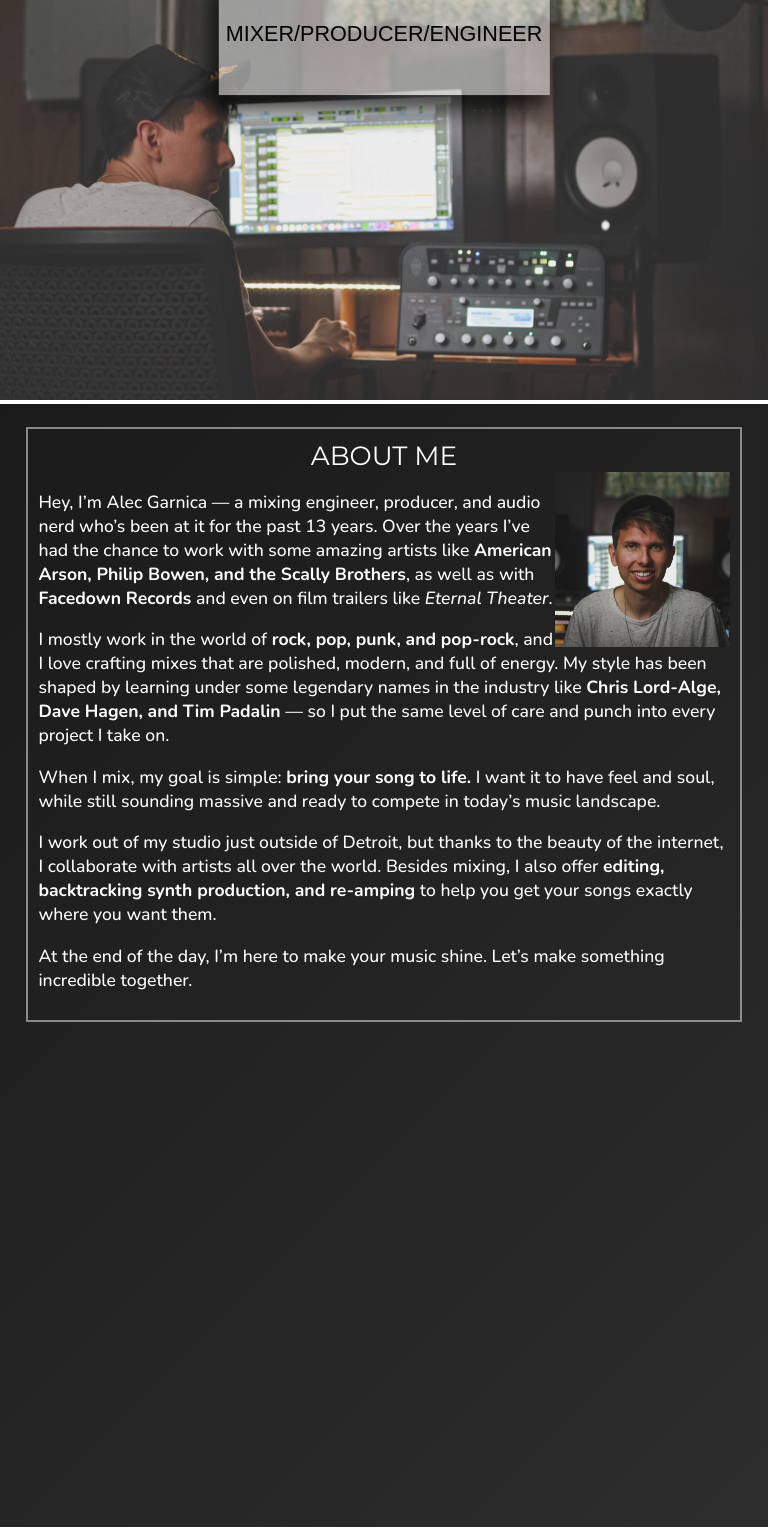
Repository: Aworminator/mixing-portfolio
Page: index.html
The author's editor kept a copy of each file at every save. The page is drawn from the files as they stood at one save, then again after the next save.
The browser window is 768 px wide. The pictures show the part of the page from y = 0 to 1540 px (the page is 8417 px tall before and 8813 px after).
Some web fonts or font styles are not loaded; a fallback is used.

Above is the page before, as saved 2025-09-02 15:13:50.
Console error: ReferenceError: emailjs is not defined

### index.html
<!DOCTYPE html>
<html lang="en">
  <head>
    <meta charset="UTF-8" />
    <meta name="viewport" content="width=device-width, initial-scale=1.0" />
    <title>Mixing Portfolio</title>
    <link rel="preconnect" href="https://fonts.googleapis.com" />
    <link rel="preconnect" href="https://fonts.gstatic.com" crossorigin />
    <link
      href="https://fonts.googleapis.com/css2?family=Gothic+A1:wght@100;200;300;400;500;600;700;800;900&family=Rock+Salt&family=Nunito:ital,wght@0,200..1000;1,200..1000&family=Montserrat:ital,wght@0,100..900;1,100..900&family=Caveat:wght@400..700&display=swap"
      rel="stylesheet"
    />
    <link
      href="https://fonts.googleapis.com/css2?family=Roboto:ital,wght@0,100..900;1,100..900&display=swap"
      rel="stylesheet"
    />
    <link rel="stylesheet" href="styles.css" />
    <link
      rel="stylesheet"
      href="https://cdnjs.cloudflare.com/ajax/libs/font-awesome/6.0.0/css/all.min.css"
      integrity="sha512-9usAa10IRO0HhonpyAIVpjrylPvoDwiPUiKdWk5t3PyolY1cOd4DSE0Ga+ri4AuTroPR5aQvXU9xC6qOPnzFeg=="
      crossorigin="anonymous"
      referrerpolicy="no-referrer"
    />
  </head>
  <body>
    <section class="home-page">
      <div class="container">
        <img
          src="./images/backShot.JPG"
          class="main-pic"
          alt="alecgarnica.com photo"
        />
        <div class="overlay">
          <h1 class="gothic-a1-regular">ALEC GARNICA</h1>
          <h2 class="gothic-a1-regular">MIXER/PRODUCER/ENGINEER</h2>
          <button class="work-button">MY WORK</button>
        </div>
      </div>
    </section>
    <section class="about-me">
      <div class="about-info">
        <h1>ABOUT ME</h1>
        <img src="./images/font-shot.JPG" class="front-shot" alt="" />
        <p>
          Hey, I’m Alec Garnica — a mixing engineer, producer, and audio nerd
          who’s been at it for the past 13 years. Over the years I’ve had the
          chance to work with some amazing artists like
          <strong>American Arson, Philip Bowen, and the Scally Brothers</strong
          >, as well as with <strong>Facedown Records</strong> and even on film
          trailers like <em>Eternal Theater</em>.
        </p>

        <p>
          I mostly work in the world of
          <strong>rock, pop, punk, and pop-rock</strong>, and I love crafting
          mixes that are polished, modern, and full of energy. My style has been
          shaped by learning under some legendary names in the industry like
          <strong>Chris Lord-Alge, Dave Hagen, and Tim Padalin</strong> — so I
          put the same level of care and punch into every project I take on.
        </p>

        <p>
          When I mix, my goal is simple:
          <strong>bring your song to life.</strong> I want it to have feel and
          soul, while still sounding massive and ready to compete in today’s
          music landscape.
        </p>

        <p>
          I work out of my studio just outside of Detroit, but thanks to the
          beauty of the internet, I collaborate with artists all over the world.
          Besides mixing, I also offer
          <strong>editing, backtracking synth production, and re-amping</strong>
          to help you get your songs exactly where you want them.
        </p>

        <p>
          At the end of the day, I’m here to make your music shine. Let’s make
          something incredible together.
        </p>
      </div>
    </section>
    <section class="audio-examples" id="work">
      <div class="audio-header">
        <h1 class="my-work">My Work</h1>
        <h2 class="Selected">(Selected Discography)</h2>
      </div>
      <div class="videos">
        <iframe
          max-width="700"
          max-height="400"
          src="https://www.youtube.com/embed/eqg1Gq4seWM?si=DX9P9PFpzfFowoa7"
          title="YouTube video player"
          frameborder="0"
          allow="accelerometer; autoplay; clipboard-write; encrypted-media; gyroscope; picture-in-picture; web-share"
          referre700licy="strict-origin-when-cross-origin"
          allowfullscreen
          class="video"
        ></iframe>
        <iframe
          max-width="700"
          max-height="400"
          src="https://www.youtube.com/embed/Iz-hEh3Y0hM?si=Wv5LKFF-jRccTdgM&amp;start=48"
          title="YouTube video player"
          frameborder="0"
          allow="accelerometer; autoplay; clipboard-write; encrypted-media; gyroscope; picture-in-picture; web-share"
          referrerpolicy="strict-origin-when-cross-origin"
          allowfullscreen
          class="video"
        ></iframe>
        <iframe
          max-width="700"
          max-height="400"
          src="https://www.youtube.com/embed/VA2vZEjnYfY?si=OQ5lfUXrBXHWdOYN"
          title="YouTube video player"
          frameborder="0"
          allow="accelerometer; autoplay; clipboard-write; encrypted-media; gyroscope; picture-in-picture; web-share"
          referrerpolicy="strict-origin-when-cross-origin"
          allowfullscreen
          class="video"
        ></iframe>
        <iframe
          max-width="700"
          max-height="400"
          src="https://www.youtube.com/embed/L9egLN9AOas?si=VhJ0fQgymm5FhAU1"
          title="YouTube video player"
          frameborder="0"
          allow="accelerometer; autoplay; clipboard-write; encrypted-media; gyroscope; picture-in-picture; web-share"
          referrerpolicy="strict-origin-when-cross-origin"
          allowfullscreen
          class="video"
        ></iframe>
      </div>

      <div class="audio">
        <div id="input"></div>
      </div>
      <a
        href="https://open.spotify.com/playlist/7I4emXAeLMEQLFu5VL2Gmp?si=4582652f148643d4"
        target="_blank"
        rel="noopener noreferrer"
        class="Discography"
      >
        Full Discography
        <img src="./images/spotify-icon.png" class="spotify" alt="Spotify" />
      </a>
    </section>

    <section class="contact">
      <div class="contact-form-container">
        <h1>Contact Me</h1>
        <form class="contact-form" id="contact-form" autocomplete="off">
          <div class="form-group">
            <label for="name">Name*</label>
            <input type="text" id="name" name="name" required />
          </div>
          <div class="form-group">
            <label for="email">Email*</label>
            <input type="email" id="email" name="email" required />
          </div>
          <div class="form-group">
            <label for="message">Message*</label>
            <textarea id="message" name="message" rows="5" required></textarea>
          </div>
          <button type="submit">Send</button>
        </form>
      </div>
    </section>

    <script src="script.js"></script>
    <script src="https://cdn.jsdelivr.net/npm/bootstrap@5.3.0-alpha1/dist/js/bootstrap.bundle.min.js"></script>
    <script
      type="text/javascript"
      src="https://cdn.jsdelivr.net/npm/@emailjs/browser@4/dist/email.min.js"
    ></script>
    <script type="text/javascript">
      (function () {
        emailjs.init({
          publicKey: "Av33DaVyg5wDM5N9s",
        });
      })();

      function sendEmail(event) {
        event.preventDefault();

        const serviceID = "service_x2fv1ji";
        const templateID = "template_xrm7y6m";

        emailjs
          .sendForm(
            serviceID,
            templateID,
            document.getElementById("contact-form")
          )
          .then(
            () => {
              alert("Message sent successfully!");
              document.getElementById("contact-form").reset();
            },
            (error) => {
              alert("Failed to send message. Please try again later.");
              console.error("EmailJS Error:", error);
            }
          );
      }

      document
        .getElementById("contact-form")
        .addEventListener("submit", sendEmail);
    </script>
  </body>
</html>

### styles.css
body,
html {
  margin: 0;
  padding: 0;
}

.rock-salt-regular {
  font-family: "Rock Salt", cursive;
  font-weight: 400;
  font-style: normal;
}

.gothic-a1-regular {
  font-family: "Gothic A1", sans-serif;
  font-weight: 500;
  font-style: normal;
}

p {
  font-family: "Nunito", sans-serif;
  font-optical-sizing: auto;
  font-weight: 500;
  font-style: normal;
}

h1,
h2,
h3 {
  font-family: "Montserrat", sans-serif;
  font-optical-sizing: auto;
  font-weight: 400;
  font-style: normal;
}

h3 {
  opacity: 80%;
}

.container {
  position: relative;
  display: inline-block;
  width: 100%;
}

.main-pic {
  /* position: absolute; */
  max-height: 900px;
  width: 100%;
  margin: 0 auto;
  object-fit: cover;
  height: 900px;
  z-index: -1;
  opacity: 90%;
}

.overlay {
  position: absolute;
  left: 50%;
  bottom: 20%;
  transform: translate(-50%, -50%); /* Perfect center */
  z-index: 1;
  font-size: 3.5em;
  text-align: center;
  background-color: rgba(255, 255, 255, 0.467);
  box-shadow: -8px 14px 20px 4px rgb(0 0 0 / 69%);
}

.home-page {
  max-height: 900px;
}

.about-me {
  position: relative;
  max-height: 900px;
  background: linear-gradient(135deg, #1a1a1a 0%, #2d2d2d 100%);
  margin: 0 auto;
  padding-top: 3%;
}

.about-info {
  color: white;
  font-size: 1.5em;
  width: 1000px;
  margin: 0 auto;
  padding-bottom: 50px;
}

.videos {
  margin: 0 auto;
  font-size: 2em;
  display: flex;
  flex-direction: row;
  flex-wrap: wrap;
  gap: 40px;
  justify-content: center;
}

.my-work {
  font-size: 3em;
  text-align: center;
}

.Selected {
  text-align: center;
  opacity: 70%;
  position: relative;
  bottom: 15px;
}

.front-shot {
  float: right;
  height: 400px;
  width: 400px;
  object-fit: cover;
  aspect-ratio: 1 / 1;
}

.work-button {
  position: relative;
  display: flex;
  justify-content: center;
  align-items: center;
  text-align: center;
  font-size: 1em;
  background-color: rgb(255, 255, 255);
  width: 300px;
  height: 80px;
  border-radius: 7px;
  margin: 0 auto;
  box-shadow: 8px 9px 10px rgb(0 0 0 / 65%);
  font-family: "Roboto", sans-serif;
  font-optical-sizing: auto;
  font-weight: 400;
  font-style: normal;
  font-variation-settings: "wdth" 100;
  border: none;
  cursor: pointer;
  color: inherit;
}

.work-button:hover {
  transform: scale(1.1);
}

.work-button:active {
  transform: scale(0.9);
}

.card {
  height: 500px;
  width: 300px;
  border: 2px solid black;
  background-color: rgb(255, 255, 255);
  background: url("https://www.patternpictures.com/wp-content/uploads/Crumpled-white-paper-texture-background.jpg");
  background-color: rgba(255, 255, 255, 0.775);
  background-blend-mode: lighten;
  box-shadow: 5px 10px 20px 0 rgba(0, 0, 0, 0.535);
  border-radius: 10px;
  margin: 90px;
  display: flex;
  flex-direction: column;
  justify-content: flex-start;
  align-items: center;
  flex-wrap: wrap;
  z-index: 1;
}

h1 {
  text-align: center;
  margin: 0 auto;
}

h4 {
  font-family: "Caveat";
  font-optical-sizing: auto;
  font-weight: 400;
  font-style: normal;
  text-shadow: 2px 5px 6px rgba(0, 0, 0, 0.18);
}

#input {
  display: flex;
  justify-content: center;
  flex-direction: column;
  flex-wrap: wrap;
}

.audio {
  display: flex;
  flex-direction: column;
  justify-content: flex-start;
  margin-top: 50px;
}

.album-artwork {
  height: 300px;
  width: 300px;
  border-radius: 10px 10px 0 0;
  position: relative;
}

.card-info {
  display: flex;
  flex-direction: row;
  justify-content: space-around;
  width: 200px;
  margin-top: 10px;
  margin-bottom: 0;
  position: relative;
}

.band-info {
  border-radius: 10px;
  padding: 5px 10px;
  height: 100px;
  width: 200px;
  display: flex;
  flex-direction: column;
  align-items: flex-start;
  font-size: 0.9em;
  text-align: left;
}

.album-title {
  position: relative;
  bottom: 15px;
}

.link {
  text-decoration: none;
  color: black;
}

.link:hover {
  text-decoration: underline;
  transform: scale(1.05);
}

@keyframes move-words {
  0% {
    left: 100%;
  }
  100% {
    left: -100%;
  }
}

.fa-pause,
.fa-play {
  font-size: 2em;
  position: relative;
  right: 12px;
}

.fa-play:active {
  font-size: 2em;
  position: relative;
  transform: scale(0.8);
}

.player {
  display: flex;
  flex-direction: row;
  align-items: center;
  justify-content: center;
  padding: 10px 0 0 0;
  margin-bottom: 25px;
}

.progress-bar {
  background-color: white;
  border-radius: 40px;
  color: black;
  width: 150px;
  height: 12px;
  border: 1px solid rgb(221, 144, 99);
}

.progress {
  background-color: rgb(244, 164, 117);
  border-radius: 40px;
  height: 100%;
  width: 0%;
}

/* Contact Section Styles */
.contact {
  background: linear-gradient(135deg, #1a1a1a 0%, #2d2d2d 100%);
  padding: 80px 20px;
  min-height: 600px;
  display: flex;
  align-items: center;
  justify-content: center;
}

.contact-form-container {
  background: rgba(255, 255, 255, 0.95);
  border-radius: 15px;
  padding: 50px 40px;
  box-shadow: 0 20px 40px rgba(0, 0, 0, 0.3);
  max-width: 600px;
  width: 100%;
  backdrop-filter: blur(10px);
  border: 1px solid rgba(255, 255, 255, 0.2);
}

.contact-form-container h1 {
  color: #2d2d2d;
  font-size: 2.5em;
  text-align: center;
  margin-bottom: 40px;
  font-weight: 700;
  letter-spacing: 1px;
}

.contact-form {
  display: flex;
  flex-direction: column;
  gap: 25px;
}

.form-group {
  display: flex;
  flex-direction: column;
  gap: 8px;
}

.form-group label {
  font-family: "Montserrat", sans-serif;
  font-weight: 600;
  color: #333;
  font-size: 1.1em;
  letter-spacing: 0.5px;
}

.form-group input,
.form-group textarea {
  padding: 15px 20px;
  border: 2px solid #e0e0e0;
  border-radius: 10px;
  font-family: "Nunito", sans-serif;
  font-size: 1em;
  background: #fafafa;
  transition: all 0.3s ease;
  outline: none;
}

.form-group input:focus,
.form-group textarea:focus {
  border-color: #4a90e2;
  background: white;
  box-shadow: 0 0 0 3px rgba(74, 144, 226, 0.1);
  transform: translateY(-2px);
}

.form-group textarea {
  resize: vertical;
  min-height: 120px;
  font-family: "Nunito", sans-serif;
}

.contact-form button {
  background: linear-gradient(135deg, #4a90e2 0%, #357abd 100%);
  color: white;
  border: none;
  padding: 18px 30px;
  border-radius: 10px;
  font-family: "Montserrat", sans-serif;
  font-size: 1.2em;
  font-weight: 600;
  cursor: pointer;
  transition: all 0.3s ease;
  margin-top: 15px;
  letter-spacing: 1px;
  text-transform: uppercase;
}

.contact-form button:hover {
  transform: translateY(-3px);
  box-shadow: 0 10px 25px rgba(74, 144, 226, 0.4);
  background: linear-gradient(135deg, #357abd 0%, #2968a3 100%);
}

.contact-form button:active {
  transform: translateY(-1px);
  box-shadow: 0 5px 15px rgba(74, 144, 226, 0.3);
}

/* Discography Button Styles (matching send button) */
.Discography {
  background-color: black;
  color: white;
  border: none;
  padding: 18px 30px;
  border-radius: 10px;
  font-family: "Montserrat", sans-serif;
  font-size: 1.2em;
  font-weight: 600;
  cursor: pointer;
  transition: all 0.3s ease;
  margin: 30px auto;
  letter-spacing: 1px;
  text-transform: uppercase;
  display: flex;
  align-items: center;
  justify-content: center;
  gap: 10px;
  text-decoration: none;
  width: fit-content;
}

.Discography:hover {
  transform: translateY(-3px);
  box-shadow: 0 10px 25px rgba(74, 144, 226, 0.4);
  background: linear-gradient(135deg, #357abd 0%, #2968a3 100%);
  color: white;
}

.Discography:active {
  transform: translateY(-1px);
  box-shadow: 0 5px 15px rgba(74, 144, 226, 0.3);
}

.spotify {
  height: 50px;
  width: 50px;
  margin-left: 15px;
}

/* Responsive Design for Contact Form */
@media screen and (max-width: 768px) {
  .main-pic {
    width: 100%;
    margin: 0 auto;
    object-fit: cover;
    height: 400px;
    z-index: -1;
    opacity: 90%;
  }

  .overlay {
    bottom: 250px;
    font-size: 0.9em;
    padding: 0 7px;
    margin: 0 auto;
  }

  .work-button {
    position: relative;
    bottom: 200px;
    display: flex;
    justify-content: center;
    align-items: center;
    text-align: center;
    font-size: 1em;
    background-color: rgb(255, 255, 255);
    width: 100px;
    height: 30px;
  }

  .about-me {
    min-height: 1100px;
    background: linear-gradient(135deg, #1a1a1a 0%, #2d2d2d 100%);
    margin: 0 auto;
    padding-top: 3%;
  }

  .about-info {
    color: white;
    border: 2px solid rgba(255, 255, 255, 0.473);
    font-size: 1.1em;
    width: 90%;
    margin: 0 auto;
    padding: 10px;
  }

  .front-shot {
    height: 175px;
    width: 175px;
  }

  .audio-header {
    font-size: 0.8em;
    margin-top: 20px;
  }

  .card {
    height: 500px;
    width: 300px;
  }

  .contact {
    padding: 60px 15px;
  }

  .contact-form-container {
    padding: 40px 25px;
    margin: 0 10px;
  }

  .contact-form-container h1 {
    font-size: 2em;
    margin-bottom: 30px;
  }

  .form-group input,
  .form-group textarea {
    padding: 12px 15px;
  }

  .contact-form button {
    padding: 15px 25px;
    font-size: 1.1em;
  }
}

@media screen and (min-width: 768px) {
  #input {
    display: flex;
    flex-direction: row;
    justify-content: space-around;
  }

  .videos {
    display: flex;
    flex-direction: row;
    justify-content: center;
    flex-wrap: wrap;
  }

  .video {
    height: 400px;
    width: 700px;
  }
}

Loaded but not shown: script.js (157 lines, source omitted)

After the next save:
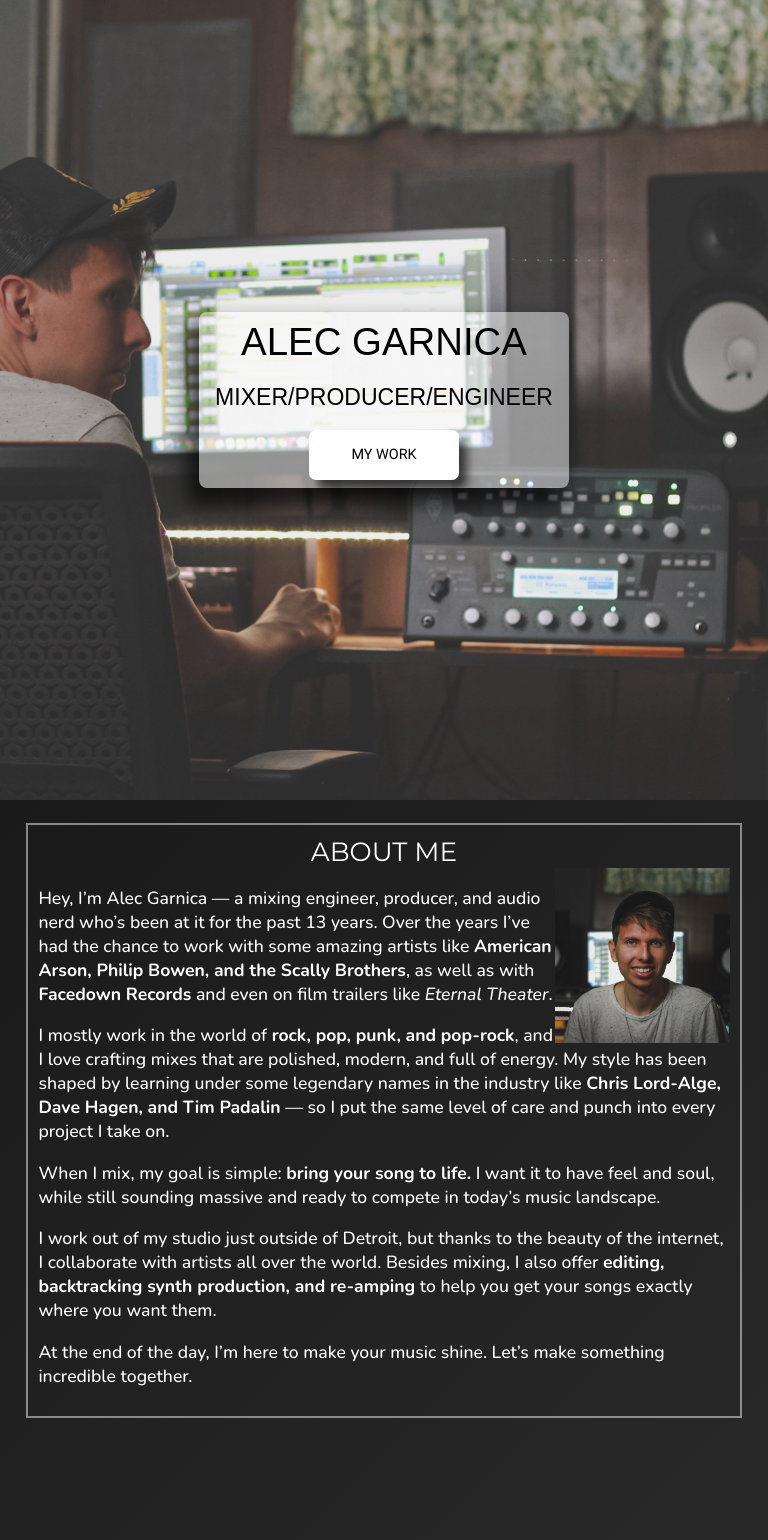
Saved 2 min 52 s later.
--- a/styles.css
+++ b/styles.css
@@ -38,31 +38,40 @@ h3 {
 
 .container {
   position: relative;
-  display: inline-block;
   width: 100%;
+  height: 100vh; /* full screen hero section */
+  display: flex;
+  align-items: center;  /* vertical centering */
+  justify-content: center; /* horizontal centering */
+  overflow: hidden;
 }
 
 .main-pic {
-  /* position: absolute; */
-  max-height: 900px;
   width: 100%;
-  margin: 0 auto;
+  height: 100%;
   object-fit: cover;
-  height: 900px;
+  position: absolute;
+  top: 0;
+  left: 0;
   z-index: -1;
-  opacity: 90%;
+  opacity: 0.9;
 }
 
 .overlay {
-  position: absolute;
-  left: 50%;
-  bottom: 20%;
-  transform: translate(-50%, -50%); /* Perfect center */
   z-index: 1;
-  font-size: 3.5em;
   text-align: center;
   background-color: rgba(255, 255, 255, 0.467);
   box-shadow: -8px 14px 20px 4px rgb(0 0 0 / 69%);
+  padding: 1rem 2rem;
+  border-radius: 8px;
+}
+
+.overlay h1 {
+  font-size: clamp(2rem, 5vw, 4rem); /* responsive text */
+}
+
+.overlay h2 {
+  font-size: clamp(1rem, 3vw, 2rem);
 }
 
 .home-page {
@@ -386,7 +395,7 @@ h4 {
   box-shadow: 0 5px 15px rgba(74, 144, 226, 0.3);
 }
 
-/* Discography Button Styles (matching send button) */
+/* Discography Button Styles */
 .Discography {
   background-color: black;
   color: white;
@@ -427,51 +436,29 @@ h4 {
   margin-left: 15px;
 }
 
-/* Responsive Design for Contact Form */
+/* Responsive Design */
 @media screen and (max-width: 768px) {
-  .main-pic {
-    width: 100%;
-    margin: 0 auto;
-    object-fit: cover;
-    height: 400px;
-    z-index: -1;
-    opacity: 90%;
-  }
-
   .overlay {
-    bottom: 250px;
+    padding: 0.5rem 1rem;
+  }
+
+  .work-button {
+    width: 150px;
+    height: 50px;
     font-size: 0.9em;
-    padding: 0 7px;
-    margin: 0 auto;
-  }
-
-  .work-button {
-    position: relative;
-    bottom: 200px;
-    display: flex;
-    justify-content: center;
-    align-items: center;
-    text-align: center;
-    font-size: 1em;
-    background-color: rgb(255, 255, 255);
-    width: 100px;
-    height: 30px;
   }
 
   .about-me {
     min-height: 1100px;
-    background: linear-gradient(135deg, #1a1a1a 0%, #2d2d2d 100%);
-    margin: 0 auto;
     padding-top: 3%;
   }
 
   .about-info {
-    color: white;
-    border: 2px solid rgba(255, 255, 255, 0.473);
     font-size: 1.1em;
     width: 90%;
     margin: 0 auto;
     padding: 10px;
+    border: 2px solid rgba(255, 255, 255, 0.473);
   }
 
   .front-shot {
